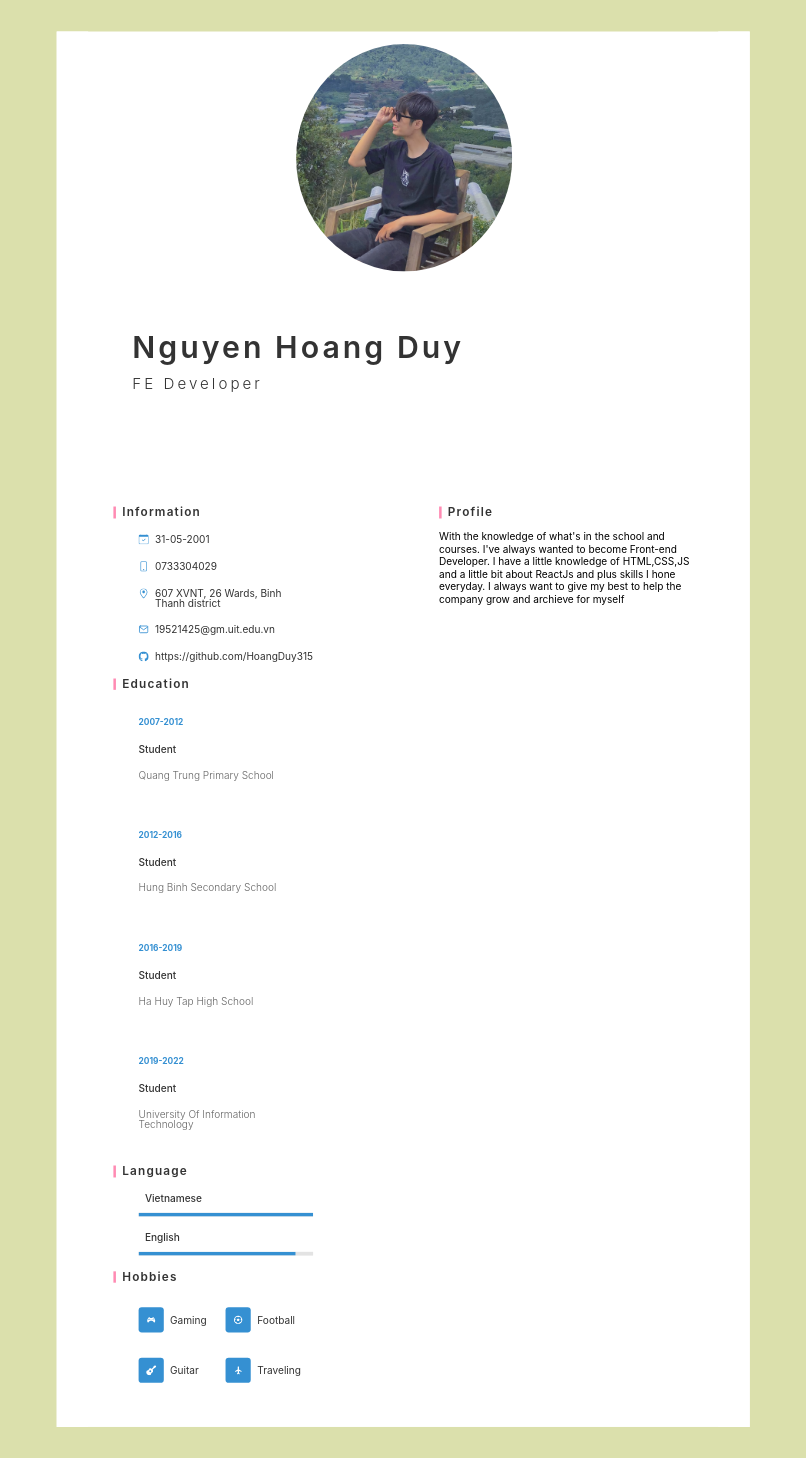
Repository: HoangDuy315/HW_TVK
Page: / (app in hw3cv/)
These files come from the project's save history. The page is drawn as it stood at one moment and after a run of saves; the edit follows.
The browser window is 1280 px wide. The pictures show the whole page, at 63% of full size.
The project was rebuilt for these pictures with package versions that can differ from the ones it lists, and the page was loaded fresh each time. Also part of the build but not shown: hw3cv/src/App.css.

Above is the page before, as saved 2022-11-02 12:44:23.

### hw3cv/src/App.js
import "./App.css";
import Cv from "./components/Cv";

function App() {
  return (
    <>
      <Cv />
    </>
  );
}

export default App;

### hw3cv/src/components/Cv.jsx
import React from "react";
import "./Cv.css";
import logo from "../assets/123.JPG";
import { BsCalendarCheck, BsPhone, BsGithub } from "react-icons/bs";
import { GoLocation } from "react-icons/go";
import { FiMail } from "react-icons/fi";
import { GiGamepad } from "react-icons/gi";
import { BiFootball } from "react-icons/bi";
import { FaGuitar } from "react-icons/fa";
import { TiPlane } from "react-icons/ti";

const Cv = () => {
  return (
    <div className="bdy">
      <div className="container">
        <div className="top">
          <div className="imgbx">
            <div className="box">
              <img src={logo} className="duy" alt="" />
            </div>
          </div>
          <div className="profile">
            <h3>
              Nguyen Hoang Duy <br /> <span>FE Developer</span>
            </h3>
          </div>

          <div className="contentBox">
            <div className="leftSide">
              <h3>Information</h3>
              <ul>
                <li>
                  <span className="icon">
                    <BsCalendarCheck />
                  </span>
                  <span className="text">31-05-2001</span>
                </li>
                <li>
                  <span className="icon">
                    <BsPhone />
                  </span>
                  <span className="text">0733304029</span>
                </li>
                <li>
                  <span className="icon">
                    <GoLocation />
                  </span>
                  <span className="text">
                    607 XVNT, 26 Wards, Binh Thanh district
                  </span>
                </li>
                <li>
                  <span className="icon">
                    <FiMail />
                  </span>
                  <span className="text">19521425@gm.uit.edu.vn</span>
                </li>
                <li>
                  <span className="icon">
                    <BsGithub />
                  </span>
                  <span className="text">https://github.com/HoangDuy315</span>
                </li>
              </ul>

              <h3>Education</h3>
              <ul className="education">
                <li>
                  <h5>2007-2012</h5>
                  <h4>Student</h4>
                  <h6>Quang Trung Primary School</h6>
                </li>
                <li>
                  <h5>2012-2016</h5>
                  <h4>Student</h4>
                  <h6>Hung Binh Secondary School</h6>
                </li>
                <li>
                  <h5>2016-2019</h5>
                  <h4>Student</h4>
                  <h6>Ha Huy Tap High School</h6>
                </li>
                <li>
                  <h5>2019-2022</h5>
                  <h4>Student</h4>
                  <h6>University Of Information Technology</h6>
                </li>
              </ul>

              <h3>Language</h3>
              <ul className="language">
                <li>
                  <span className="text">Vietnamese</span>
                  <span className="percent">
                    <div className="wi"></div>
                  </span>
                </li>
                <li>
                  <span className="text">English</span>
                  <span className="percent">
                    <div className="wi2"></div>
                  </span>
                </li>
              </ul>

              <h3>Hobbies</h3>
              <ul className="interest">
                <li>
                  <span className="icon">
                    <GiGamepad />
                  </span>
                  <span>Gaming</span>
                </li>
                <li>
                  <span className="icon">
                    <BiFootball />
                  </span>
                  <span>Football</span>
                </li>
                <li>
                  <span className="icon">
                    <FaGuitar />
                  </span>
                  <span>Guitar</span>
                </li>
                <li>
                  <span className="icon">
                    <TiPlane />
                  </span>
                  <span>Traveling</span>
                </li>
              </ul>
            </div>

            <div className="rightSide">
              <div className="about">
                <h3>Profile</h3>
                <p>
                  With the knowledge of what's in the school and courses. I've
                  always wanted to become Front-end Developer. I have a little
                  knowledge of HTML,CSS,JS and a little bit about ReactJs and
                  plus skills I hone everyday. I always want to give my best to
                  help the company grow and archieve for myself
                </p>
              </div>
            </div>
          </div>
        </div>
      </div>
    </div>
  );
};

export default Cv;

### hw3cv/src/components/Cv.css
body {
  background: rgb(219, 224, 172);
}

#toggle {
  position: fixed;
  top: 20px;
  right: 20px;
  width: 60px;
  height: 60px;
  background: #03a9f4;
  cursor: pointer;
  display: flex;
  justify-content: center;
  align-items: center;
}

#toggle::before {
  content: "";
  position: absolute;
  width: 28px;
  height: 2px;
  background: #fff;
  transform: translateY(-5px);
  transition: 0.2s;
}

#toggle::after {
  content: "";
  position: absolute;
  width: 28px;
  height: 2px;
  background: #fff;
  transform: translateY(5px);
  transition: 0.2s;
}

#toggle.active::before {
  transform: translateY(0px) rotate(45deg);
}

#toggle.active::after {
  transform: translateY(0px) rotate(-45deg);
}

#sidebar {
  position: fixed;
  top: 0;
  left: -170px;
  width: 170px;
  height: 100vh;
  background: #ff8bb3;
  transition: 0.5s;
}

#sidebar.active {
  left: 0px;
}

#sidebar ul {
  position: relative;
  margin-top: 130px;
}

#sidebar ul li {
  list-style: none;
  display: inline-block;
  width: 100%;
  padding: 30px;
  margin-left: -35px;
  font-size: 18px;
  font-weight: bold;
  transition: all 0.5s ease;
}

#sidebar ul li:hover {
  transform: scale(1.3);
}

#sidebar ul li a {
  color: #fff;
  text-decoration: none;
  font-style: 1.5em;
  letter-spacing: 2px;
}

/* =========================================================== */
.bdy {
  display: flex;
  justify-content: center;
  align-items: center;
}

.container {
  position: relative;
  width: 100%;
  max-width: 1000px;
  background: #fff;
  margin: 50px;
  /* box-shadow: 0 50px 70px rgba(0, 0, 0, 0.1); */
  border-left: 50px solid #fff;
  border-right: 50px solid #fff;
}

.container .top {
  position: relative;
  /* display: grid; */
  grid-template-columns: 1fr 2fr;
}

.container .top .imgbx {
  position: relative;
  width: 70%;
  display: flex;
  align-items: center;
  margin-left: 330px;
  margin-top: 20px;
}

.profile {
  margin-left: 30px;
}

.container .top .imgbx .box {
  position: relative;
  width: 70%;
  min-width: 200px;
  border-radius: 50%;
}

.container .contentBox {
  position: relative;
  display: grid;
  grid-template-columns: 1fr 2fr;
  padding: 0 40px 40px;
  margin-top: 50px;
}

.container .contentBox h3 {
  border-left: 4px solid #ff8bb3;
  padding-left: 10px;
  line-height: 1em;
  font-weight: 600;
  color: #333;
  letter-spacing: 0.1em;
}

.container .contentBox ul {
  position: relative;
  margin: 10px 0;
}

.container .contentBox ul li {
  list-style: none;
  margin: 25px 0;
  line-height: 1em;
  color: #333;
  cursor: pointer;
  display: flex;
}

.container .contentBox ul li ion-icon {
  font-size: 1.2em;
  margin-right: 10px;
  color: #3590d2;
}

.icon {
  color: #3590d2;
}

.text {
  margin-left: 10px;
}

.container .contentBox ul.education li {
  flex-direction: column;
  margin: 20px 0;
  line-height: -3px;
}
h5 {
  color: #3590d2;
}
h4 {
  color: #333;
  font-weight: 500;
  margin: 5px 0;
}
h6 {
  margin-top: 20px;
  color: #666;
  font-weight: 300;
  font-size: 1em;
}
.language li {
  flex-direction: column;
}
.language li span {
  color: #333;
  font-size: 16px;
  font-weight: 500;
}
.language .percent {
  position: relative;
  width: 100%;
  background: #e3e3e3;
  height: 6px;
  margin-top: 15px;
  display: block;
  overflow: hidden;
}

.language .percent div {
  position: absolute;
  top: 0;
  left: 0;
  height: 100%;
  background: #3590d2;
}

.wi {
  width: 100%;
}

.wi2 {
  width: 90%;
}
.container .contentBox ul.interest {
  position: relative;
  display: grid;
  grid-template-columns: 1fr 1fr;
}
.container .contentBox ul.interest li {
  display: flex;
  align-items: center;
  gap: 10px;
  margin: 20px 0;
}
.container .contentBox ul.interest li .icon {
  position: relative;
  width: 40px;
  height: 40px;
  background: #3590d2;
  color: #fff;
  border-radius: 5px;
  display: flex;
  justify-content: center;
  align-items: center;
}
.container .contentBox ul.interest li .icon ion-icon {
  color: #fff;
  margin-right: 0;
}
p {
  font-style: 300;
}
.rightSide {
  padding-left: 200px;
}

.about .box {
  display: flex;
  flex-direction: row;
  margin: 40px;
}
.about .box .year_company {
  min-width: 150px;
  margin-bottom: 10px;
}
.about .box .year_company .h5:nth-child(1) {
  color: #3590d2;
}
.about .box .text h4 {
  color: #3590d2;
  font-size: 16px;
  margin: 0;
}

.about_skill .box {
  position: relative;
  width: 100%;
  display: grid;
  grid-template-columns: 150px 1fr;
  justify-content: center;
  align-items: center;
}
.about_skill .box h4 {
  color: #333;
  font-weight: 500;
  margin-bottom: 5px;
}
.about_skill .box .percent {
  position: relative;
  width: 100%;
  height: 10px;
  background: #e3e3e3;
}
.about_skill .box .percent div {
  position: relative;
  top: 0;
  left: 0;
  height: 100%;
  background: #3590d2;
}

.duy {
  color: blue;
  position: relative;
  width: 70%;
  min-width: 200px;
  border-radius: 50%;
  overflow: hidden;
}

.container .top .profile {
  position: relative;
  padding: 40px;
  display: flex;
  align-items: center;
}

.container .top .profile h3 {
  font-size: 3em;
  letter-spacing: 0.1em;
  line-height: 1.2em;
  font-weight: 600;
  color: #333;
}

.container .top .profile h3 span {
  position: relative;
  font-size: 0.5em;
  font-weight: 300;
  top: -10px;
}

Loaded but not shown: hw3cv/public/index.html (common file); hw3cv/src/index.js (common file); hw3cv/src/index.css (common file)

After the next 3 saves:
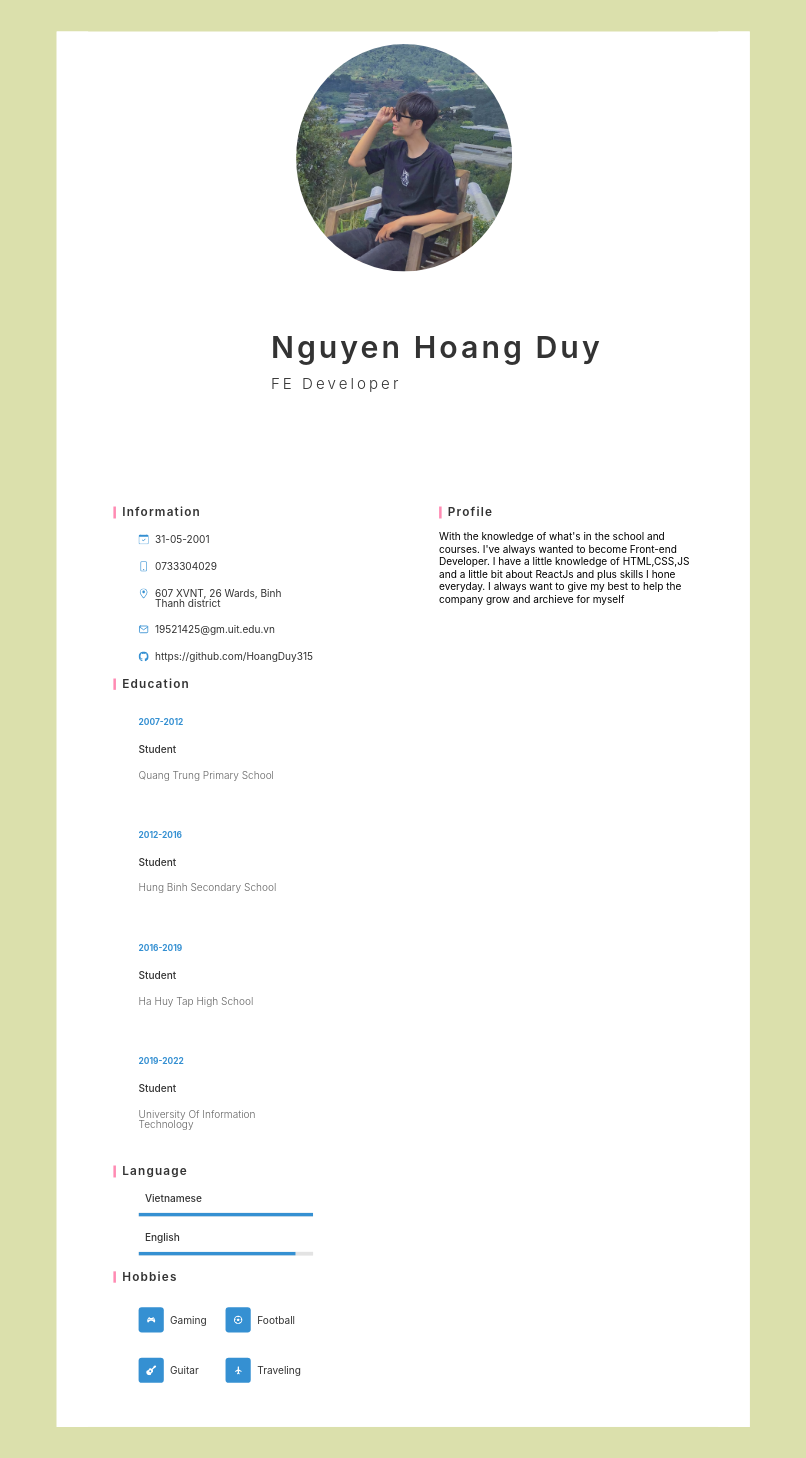
The 3 saves are shown as one change because they came seconds apart.
The last was saved 9 s later.
--- a/hw3cv/src/components/Cv.css
+++ b/hw3cv/src/components/Cv.css
@@ -118,7 +118,7 @@ body {
 }
 
 .profile {
-  margin-left: 30px;
+  margin-left: 250px;
 }
 
 .container .top .imgbx .box {
